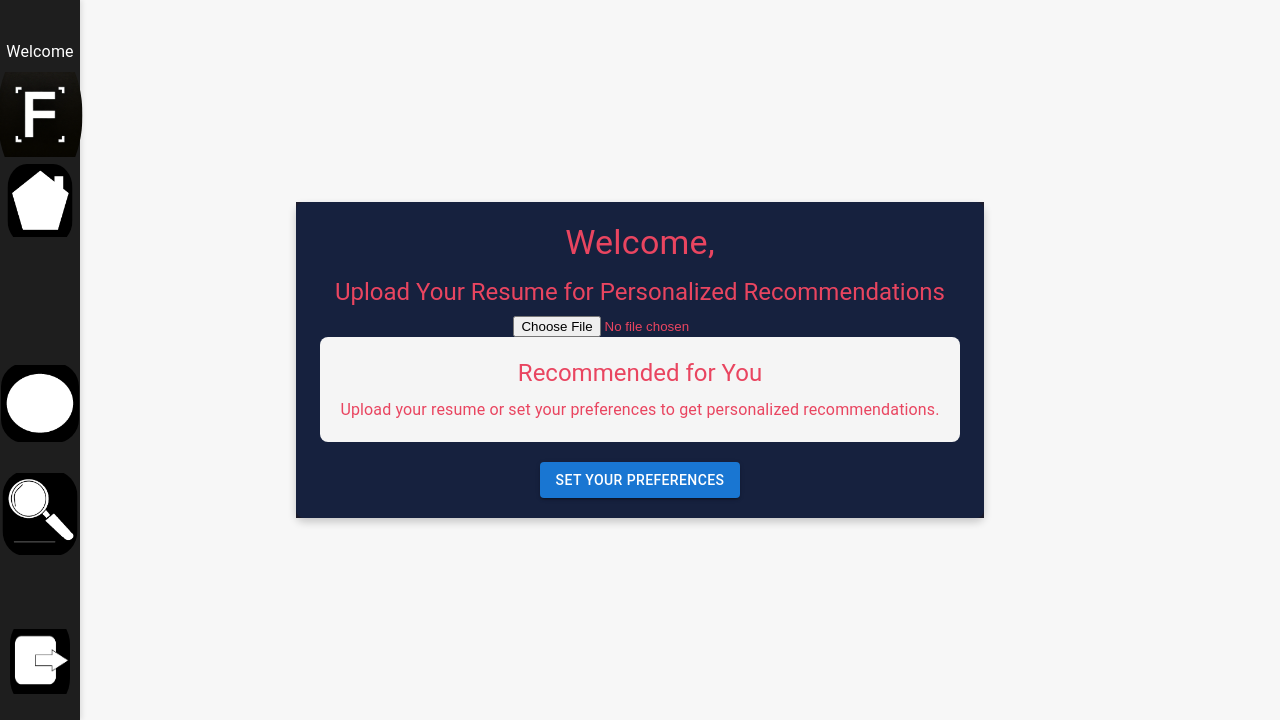
Repository: jvt2/OnlineCourseApp
Page: /dashboard
These files come from the project's save history. The page is drawn as it stood at one moment and after the next save; the edit follows.
The browser window is 1280 px wide. The pictures show the whole page.
The page's requests for data from a server got no answer. The project was rebuilt for these pictures with package versions that can differ from the ones it lists, and the page was loaded fresh each time. No one was signed in, and anything a server would have sent is missing. Also part of the build but not shown: src/features/auth/Register.js, src/features/auth/Login.js, src/features/courses/ResumeUpload.js, src/features/courses/CourseRecommendations.js, src/components/common/MyModal.js, src/features/courses/CourseCatalog.js, src/features/courses/CourseDetail.js, src/components/common/Navbar.js and 3 more. Imported but missing from the stored project, and not drawn on this page: src/app/reportWebVitals.

Above is the page before, as saved 2024-07-16 10:46:59.

After the next save:
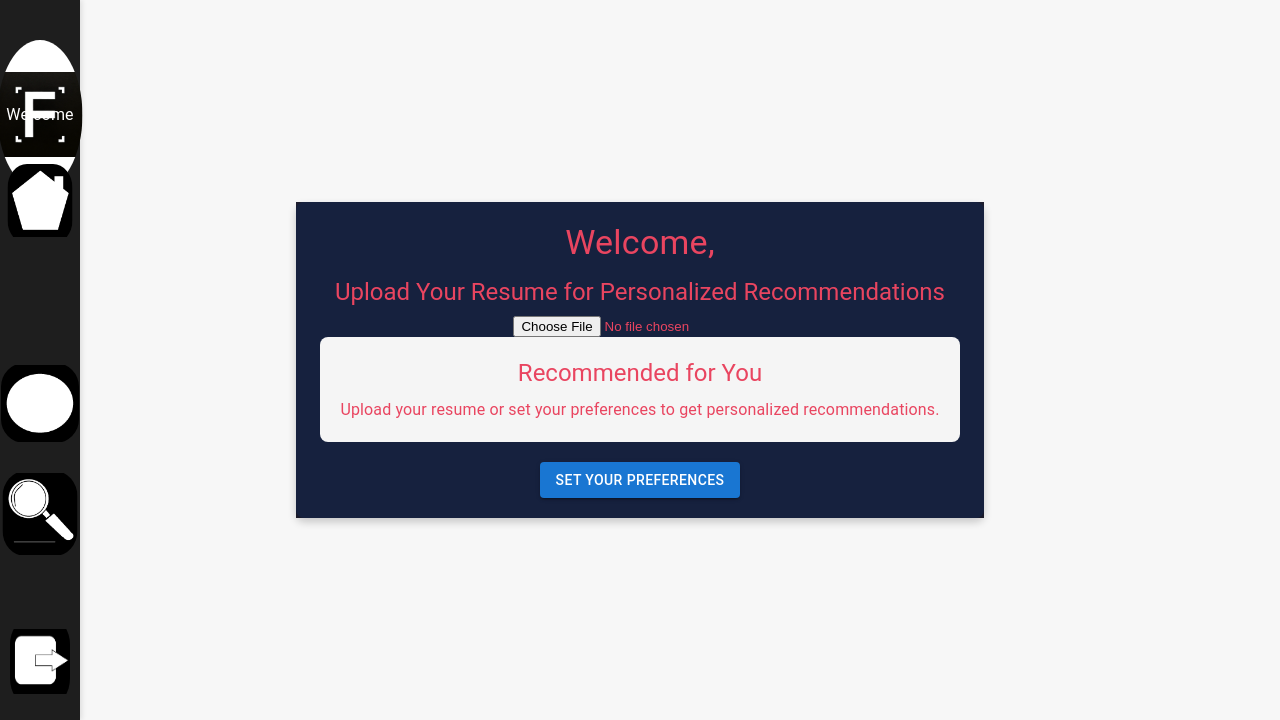
Saved 36 s later.
--- a/src/features/dashboard/Dashboard.css
+++ b/src/features/dashboard/Dashboard.css
@@ -46,6 +46,61 @@
   padding: 20px 0;
   box-shadow: 2px 0 5px rgba(0, 0, 0, 0.1);
 }
+
+.sidebar-icon:hover {
+  background-color: rgba(255, 255, 255, 0.1);
+}
+cssCopy.sidebar {
+  position: fixed;
+  left: 0;
+  top: 0;
+  bottom: 0;
+  width: 80px;
+  background: #1e1e1e;
+  display: flex;
+  flex-direction: column;
+  align-items: center;
+  padding: 20px 0;
+  box-shadow: 2px 0 5px rgba(0, 0, 0, 0.1);
+}
+
+.sidebar-logo {
+  width: 40px;
+  height: 40px;
+  background: #ffffff;
+  border-radius: 8px;
+  display: flex;
+  justify-content: center;
+  align-items: center;
+  margin-bottom: 30px;
+  font-weight: bold;
+  font-size: 24px;
+  color: #1e1e1e;
+}
+
+.sidebar-icon {
+  width: 50px;
+  height: 50px;
+  margin-bottom: 20px;
+  display: flex;
+  justify-content: center;
+  align-items: center;
+  border-radius: 12px;
+  cursor: pointer;
+  transition: background-color 0.3s ease;
+}
+
+.sidebar-icon:hover {
+  background-color: rgba(255, 255, 255, 0.1);
+}
+
+.sidebar-icon img {
+  width: 24px;
+  height: 24px;
+  filter: invert(1);
+}
+
+
 
 
 /* Adjust other sidebar styles as needed */

After the save that followed:
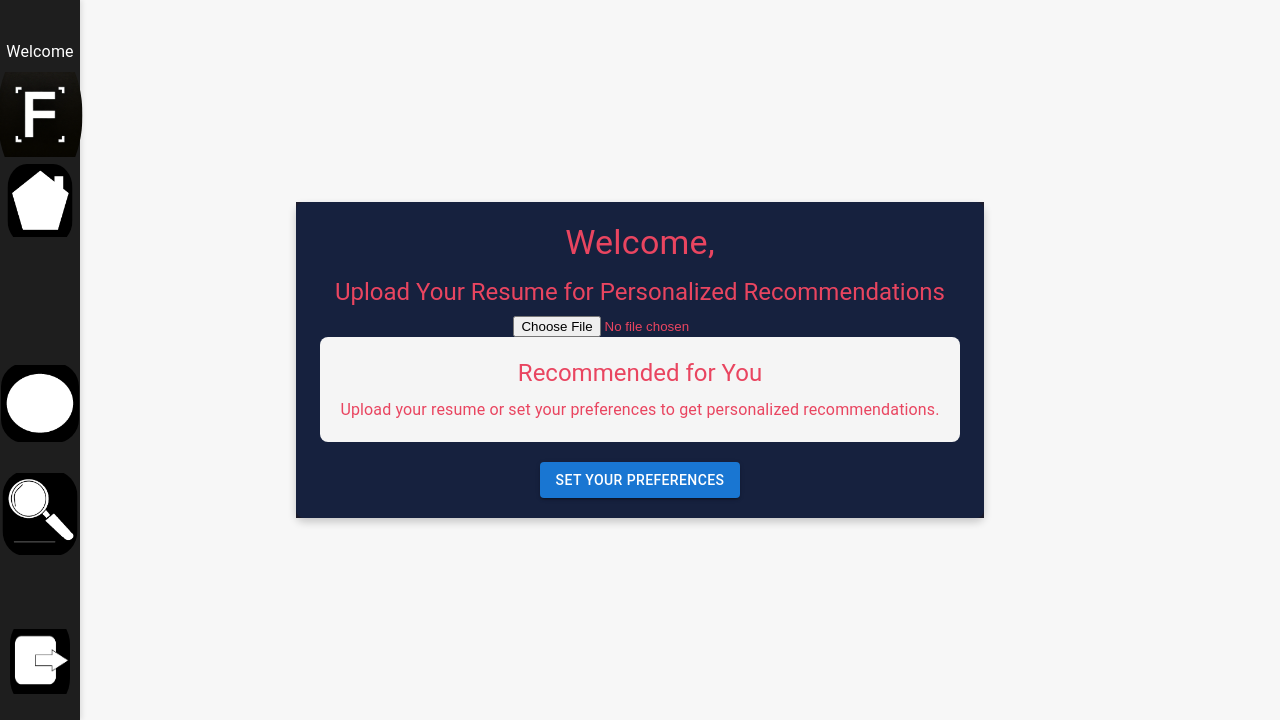
Saved 7 s later.
--- a/src/features/dashboard/Dashboard.css
+++ b/src/features/dashboard/Dashboard.css
@@ -50,57 +50,6 @@
 .sidebar-icon:hover {
   background-color: rgba(255, 255, 255, 0.1);
 }
-cssCopy.sidebar {
-  position: fixed;
-  left: 0;
-  top: 0;
-  bottom: 0;
-  width: 80px;
-  background: #1e1e1e;
-  display: flex;
-  flex-direction: column;
-  align-items: center;
-  padding: 20px 0;
-  box-shadow: 2px 0 5px rgba(0, 0, 0, 0.1);
-}
-
-.sidebar-logo {
-  width: 40px;
-  height: 40px;
-  background: #ffffff;
-  border-radius: 8px;
-  display: flex;
-  justify-content: center;
-  align-items: center;
-  margin-bottom: 30px;
-  font-weight: bold;
-  font-size: 24px;
-  color: #1e1e1e;
-}
-
-.sidebar-icon {
-  width: 50px;
-  height: 50px;
-  margin-bottom: 20px;
-  display: flex;
-  justify-content: center;
-  align-items: center;
-  border-radius: 12px;
-  cursor: pointer;
-  transition: background-color 0.3s ease;
-}
-
-.sidebar-icon:hover {
-  background-color: rgba(255, 255, 255, 0.1);
-}
-
-.sidebar-icon img {
-  width: 24px;
-  height: 24px;
-  filter: invert(1);
-}
-
-
 
 
 /* Adjust other sidebar styles as needed */
